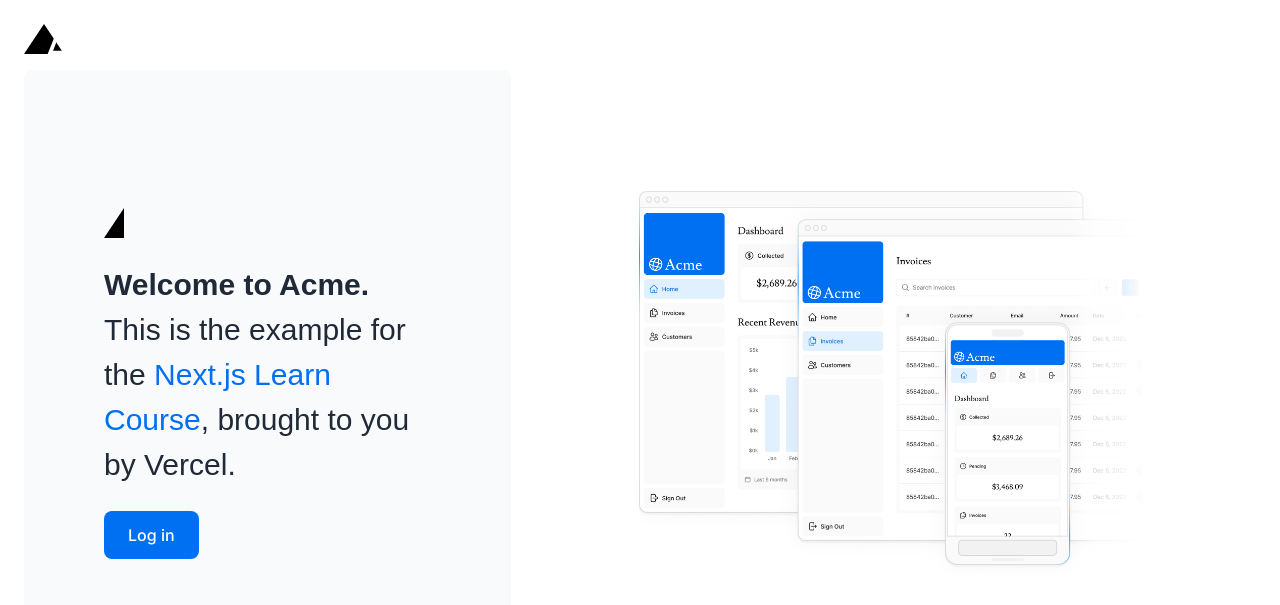
Repository: dev1siWoo/nextjs-dashboard
Page: /
An editor plug-in stored every save of this project. The page is shown before and after the next save, followed by the edit.
The browser window is 1280 px wide. The pictures show the whole page.
Some web fonts or font styles are not loaded; a fallback is used. The project was rebuilt for these pictures with package versions that can differ from the ones it lists, and the page was loaded fresh each time. The framework's server and built-in components were replaced by stand-ins that run in the browser. Also part of the build but not shown: next.config.js.

Above is the page before, as saved 2023-10-27 18:40:26.

After the next save:
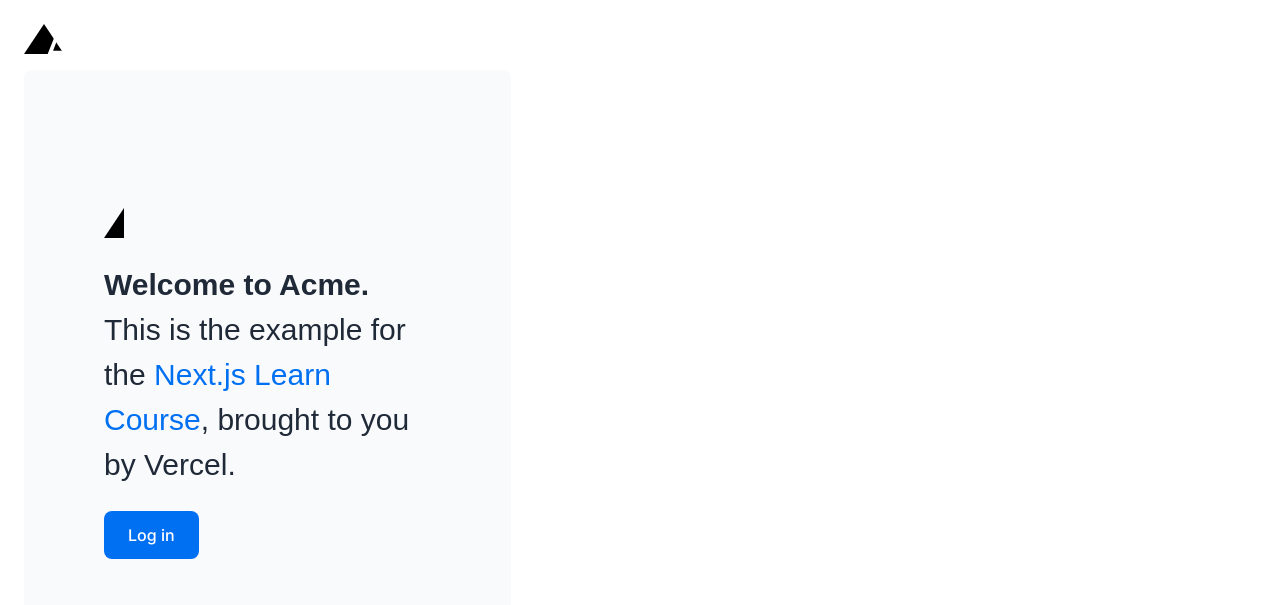
Saved 6 s later.
--- a/app/page.tsx
+++ b/app/page.tsx
@@ -36,7 +36,7 @@
 						src='/hero-desktop.png'
             width={1000}
             height={760}
-            className=""
+            className="hidden "
 						alt='Screenshots of the dashboard project showing desktop and mobile versions'
 					/>
 				</div>

After the 4 saves that followed:
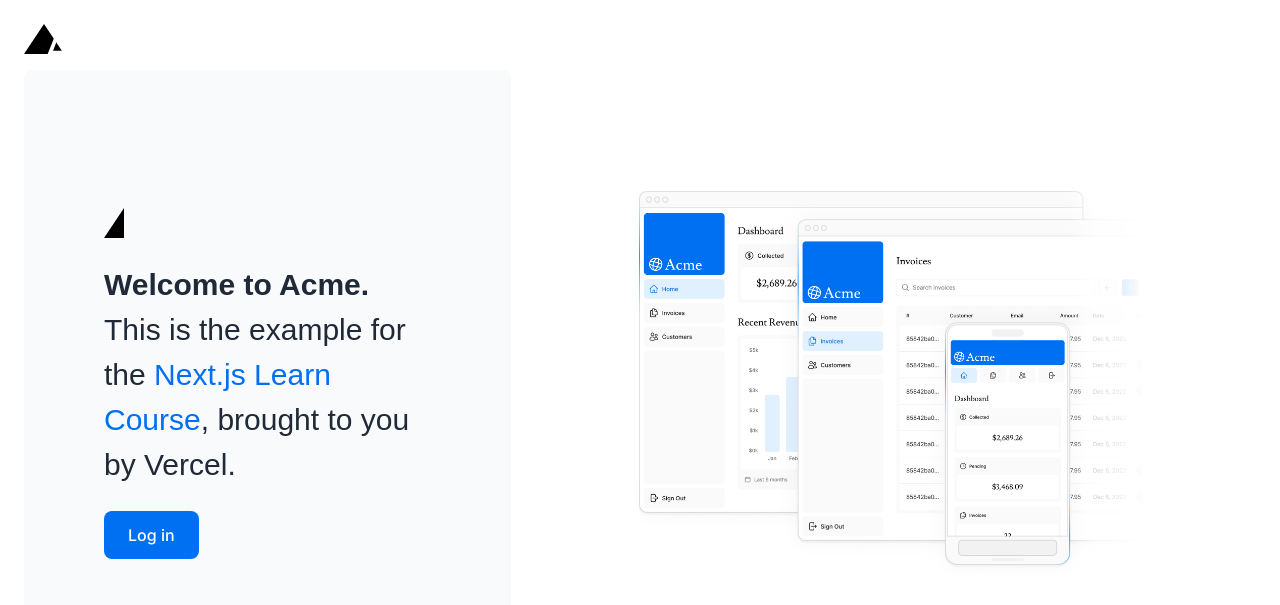
The 4 saves are shown as one change because 1 left the picture as it was and some came seconds apart.
The last was saved 13 s later.
--- a/app/page.tsx
+++ b/app/page.tsx
@@ -36,7 +36,7 @@
 						src='/hero-desktop.png'
             width={1000}
             height={760}
-            className="hidden "
+            className="hidden md:block"
 						alt='Screenshots of the dashboard project showing desktop and mobile versions'
 					/>
 				</div>
